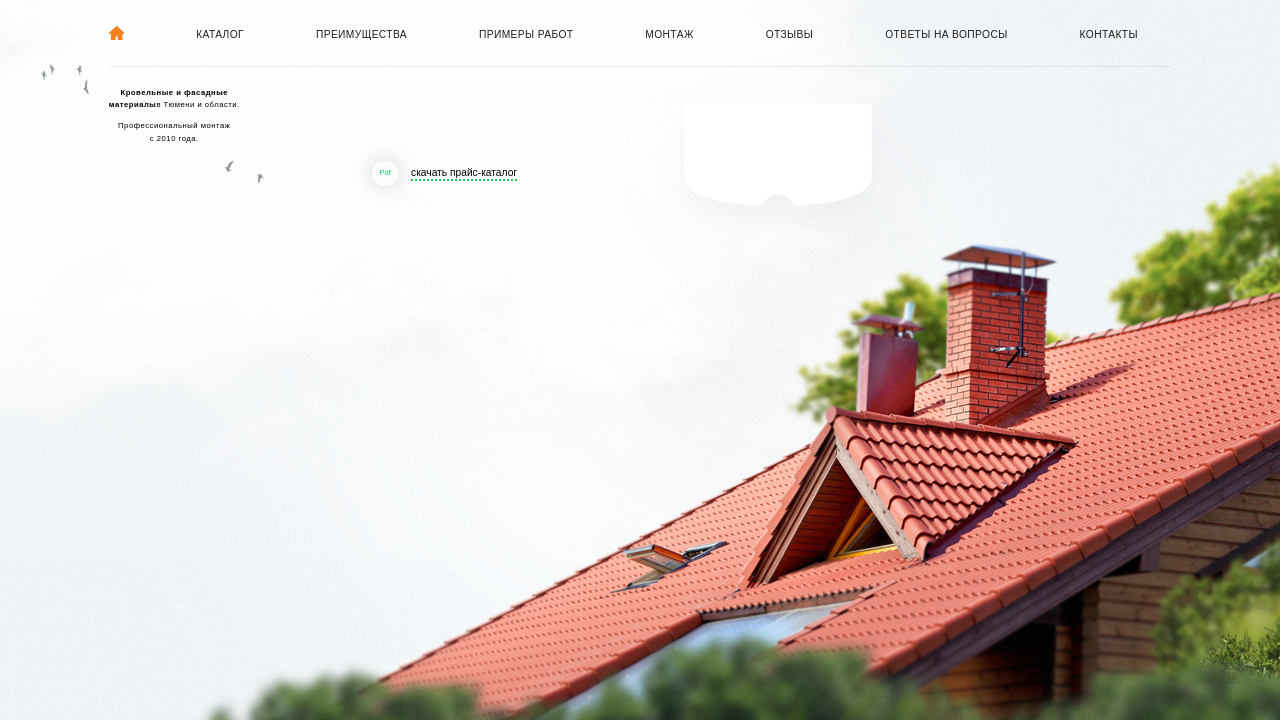
Repository: dima-hacker0/test_task_deyneka
Page: /
An editor plug-in stored every save of this project. The page is shown before and after the next save, followed by the edit.
The browser window is 1280 px wide. The pictures show the whole page.
The project was rebuilt for these pictures with package versions that can differ from the ones it lists, and the page was loaded fresh each time.

Above is the page before, as saved 2022-06-22 16:36:35.

### src/index.css
/*! normalize.css v8.0.1 | MIT License | github.com/necolas/normalize.css */

/* Document
   ========================================================================== */

/**
 * 1. Correct the line height in all browsers.
 * 2. Prevent adjustments of font size after orientation changes in iOS.
 */
* {
  margin: 0;
  padding: 0;
}

html {
  line-height: 1.15; /* 1 */
  -webkit-text-size-adjust: 100%; /* 2 */
}

/* Sections
   ========================================================================== */

/**
 * Remove the margin in all browsers.
 */

body {
  margin: 0;
  font-family: "Montserrat", sans-serif;
}

/**
 * Render the `main` element consistently in IE.
 */

main {
  display: block;
}

/**
 * Correct the font size and margin on `h1` elements within `section` and
 * `article` contexts in Chrome, Firefox, and Safari.
 */

h1 {
  font-size: 2em;
  margin: 0.67em 0;
}

/* Grouping content
   ========================================================================== */

/**
 * 1. Add the correct box sizing in Firefox.
 * 2. Show the overflow in Edge and IE.
 */

hr {
  box-sizing: content-box; /* 1 */
  height: 0; /* 1 */
  overflow: visible; /* 2 */
}

/**
 * 1. Correct the inheritance and scaling of font size in all browsers.
 * 2. Correct the odd `em` font sizing in all browsers.
 */

pre {
  font-family: monospace, monospace; /* 1 */
  font-size: 1em; /* 2 */
}

/* Text-level semantics
   ========================================================================== */

/**
 * Remove the gray background on active links in IE 10.
 */

a {
  background-color: transparent;
  text-decoration: none;
}

/**
 * 1. Remove the bottom border in Chrome 57-
 * 2. Add the correct text decoration in Chrome, Edge, IE, Opera, and Safari.
 */

abbr[title] {
  border-bottom: none; /* 1 */
  text-decoration: underline; /* 2 */
  text-decoration: underline dotted; /* 2 */
}

/**
 * Add the correct font weight in Chrome, Edge, and Safari.
 */

b,
strong {
  font-weight: bolder;
}

/**
 * 1. Correct the inheritance and scaling of font size in all browsers.
 * 2. Correct the odd `em` font sizing in all browsers.
 */

code,
kbd,
samp {
  font-family: monospace, monospace; /* 1 */
  font-size: 1em; /* 2 */
}

/**
 * Add the correct font size in all browsers.
 */

small {
  font-size: 80%;
}

/**
 * Prevent `sub` and `sup` elements from affecting the line height in
 * all browsers.
 */

sub,
sup {
  font-size: 75%;
  line-height: 0;
  position: relative;
  vertical-align: baseline;
}

sub {
  bottom: -0.25em;
}

sup {
  top: -0.5em;
}

/* Embedded content
   ========================================================================== */

/**
 * Remove the border on images inside links in IE 10.
 */

img {
  border-style: none;
}

/* Forms
   ========================================================================== */

/**
 * 1. Change the font styles in all browsers.
 * 2. Remove the margin in Firefox and Safari.
 */

button,
input,
optgroup,
select,
textarea {
  font-family: inherit; /* 1 */
  font-size: 100%; /* 1 */
  line-height: 1.15; /* 1 */
  margin: 0; /* 2 */
}

/**
 * Show the overflow in IE.
 * 1. Show the overflow in Edge.
 */

button,
input {
  /* 1 */
  overflow: visible;
}

/**
 * Remove the inheritance of text transform in Edge, Firefox, and IE.
 * 1. Remove the inheritance of text transform in Firefox.
 */

button,
select {
  /* 1 */
  text-transform: none;
}

/**
 * Correct the inability to style clickable types in iOS and Safari.
 */

button,
[type="button"],
[type="reset"],
[type="submit"] {
  -webkit-appearance: button;
}

/**
 * Remove the inner border and padding in Firefox.
 */

button::-moz-focus-inner,
[type="button"]::-moz-focus-inner,
[type="reset"]::-moz-focus-inner,
[type="submit"]::-moz-focus-inner {
  border-style: none;
  padding: 0;
}

/**
 * Restore the focus styles unset by the previous rule.
 */

button:-moz-focusring,
[type="button"]:-moz-focusring,
[type="reset"]:-moz-focusring,
[type="submit"]:-moz-focusring {
  outline: 1px dotted ButtonText;
}

/**
 * Correct the padding in Firefox.
 */

fieldset {
  padding: 0.35em 0.75em 0.625em;
}

/**
 * 1. Correct the text wrapping in Edge and IE.
 * 2. Correct the color inheritance from `fieldset` elements in IE.
 * 3. Remove the padding so developers are not caught out when they zero out
 *    `fieldset` elements in all browsers.
 */

legend {
  box-sizing: border-box; /* 1 */
  color: inherit; /* 2 */
  display: table; /* 1 */
  max-width: 100%; /* 1 */
  padding: 0; /* 3 */
  white-space: normal; /* 1 */
}

/**
 * Add the correct vertical alignment in Chrome, Firefox, and Opera.
 */

progress {
  vertical-align: baseline;
}

/**
 * Remove the default vertical scrollbar in IE 10+.
 */

textarea {
  overflow: auto;
}

/**
 * 1. Add the correct box sizing in IE 10.
 * 2. Remove the padding in IE 10.
 */

[type="checkbox"],
[type="radio"] {
  box-sizing: border-box; /* 1 */
  padding: 0; /* 2 */
}

/**
 * Correct the cursor style of increment and decrement buttons in Chrome.
 */

[type="number"]::-webkit-inner-spin-button,
[type="number"]::-webkit-outer-spin-button {
  height: auto;
}

/**
 * 1. Correct the odd appearance in Chrome and Safari.
 * 2. Correct the outline style in Safari.
 */

[type="search"] {
  -webkit-appearance: textfield; /* 1 */
  outline-offset: -2px; /* 2 */
}

/**
 * Remove the inner padding in Chrome and Safari on macOS.
 */

[type="search"]::-webkit-search-decoration {
  -webkit-appearance: none;
}

/**
 * 1. Correct the inability to style clickable types in iOS and Safari.
 * 2. Change font properties to `inherit` in Safari.
 */

::-webkit-file-upload-button {
  -webkit-appearance: button; /* 1 */
  font: inherit; /* 2 */
}

/* Interactive
   ========================================================================== */

/*
 * Add the correct display in Edge, IE 10+, and Firefox.
 */

details {
  display: block;
}

/*
 * Add the correct display in all browsers.
 */

summary {
  display: list-item;
}

/* Misc
   ========================================================================== */

/**
 * Add the correct display in IE 10+.
 */

template {
  display: none;
}

/**
 * Add the correct display in IE 10.
 */

[hidden] {
  display: none;
}

### src/App.jsx
import "./App.css";
import Header from "./components/header/header";
import MainPage from "./components/main_page/main_page";

function App() {
  return (
    <div className="App">
      <Header />
      <MainPage />
    </div>
  );
}

export default App;

### src/App.css
body {
  background-image: url(./images/BG.png);
  background-size: 100vw;
  background-repeat: no-repeat;
  min-height: 100vh;
}

### src/components/header/header.jsx
import Svg from "../../svg/svg";
import classes from "./header.module.css";

const Header = () => {
  return (
    <header className={classes.header}>
      <div className={classes.container}>
        <nav className={classes.navigation}>
          <a href="/">
            <Svg id="house" styles={classes.svg} />
          </a>
          <a href="/" className={classes.linkPage}>
            каталог
          </a>
          <a href="/" className={classes.linkPage}>
            преимущества
          </a>
          <a href="/" className={classes.linkPage}>
            примеры работ
          </a>
          <a href="/" className={classes.linkPage}>
            монтаж
          </a>
          <a href="/" className={classes.linkPage}>
            отзывы
          </a>
          <a href="/" className={classes.linkPage}>
            ответы на вопросы
          </a>
          <a href="/" className={classes.linkPage}>
            контакты
          </a>
        </nav>
      </div>
    </header>
  );
};

export default Header;

### src/components/main_page/main_page.jsx
import classes from "./main_page.module.css";
import TopPanel from "./top_panel/top_panel";

const MainPage = () => {
  return (
    <section className={classes.mainPage}>
      <div className={classes.container}>
        <TopPanel />
      </div>
    </section>
  );
};

export default MainPage;

### src/svg/svg.jsx
const Svg = ({ id, styles }) => {
  switch (id) {
    case "house":
      return (
        <svg
          className={styles}
          viewBox="0 0 23 22"
          fill="none"
          xmlns="http://www.w3.org/2000/svg"
        >
          <path
            d="M22.6129 9.77275L12.2944 0.311896C11.8406 -0.103965 11.1578 -0.103965 10.7041 0.311896L0.385564 9.77275C0.0216964 10.1073 -0.0951005 10.618 0.0800948 11.0791C0.25529 11.5402 0.691032 11.8385 1.18068 11.8385H2.82931V21.3174C2.82931 21.6926 3.13029 22 3.50763 22H9.1633C9.53615 22 9.84162 21.6971 9.84162 21.3174V15.5632H13.1658V21.3174C13.1658 21.6926 13.4668 22 13.8442 22H19.4953C19.8682 22 20.1736 21.6971 20.1736 21.3174V11.8385H21.8223C22.3119 11.8385 22.7432 11.5402 22.9229 11.0791C23.0936 10.618 22.9768 10.1073 22.6129 9.77275Z"
            fill="#F38120"
          />
        </svg>
      );
    case "form":
      return (
        <svg
          className={styles}
          viewBox="0 0 374 248"
          fill="none"
          xmlns="http://www.w3.org/2000/svg"
        >
          <g filter="url(#filter0_d_1820_633)">
            <path
              style={{ boxShadow: "0px 25px 50px rgba(0, 0, 0, 0.73)" }}
              d="M187 25H50V129.073C50 138.022 54.4674 146.474 61.913 151.446C84.4155 166.195 128.097 171.332 157.383 172.99C160.857 173.155 164.167 171.332 165.987 168.349C170.289 161.223 178.065 156.417 187 156.417C195.935 156.417 203.711 161.223 208.013 168.349C209.833 171.332 213.142 173.155 216.617 172.99C245.903 171.167 289.585 166.195 312.087 151.446C319.533 146.474 324 138.188 324 129.073V25H187Z"
              fill="white"
            />
          </g>
          <defs>
            <filter
              id="filter0_d_1820_633"
              x="0"
              y="0"
              width="374"
              height="248"
              filterUnits="userSpaceOnUse"
              color-interpolation-filters="sRGB"
            >
              <feFlood flood-opacity="0" result="BackgroundImageFix" />
              <feColorMatrix
                in="SourceAlpha"
                type="matrix"
                values="0 0 0 0 0 0 0 0 0 0 0 0 0 0 0 0 0 0 127 0"
                result="hardAlpha"
              />
              <feOffset dy="25" />
              <feGaussianBlur stdDeviation="25" />
              <feComposite in2="hardAlpha" operator="out" />
              <feColorMatrix
                type="matrix"
                values="0 0 0 0 0 0 0 0 0 0 0 0 0 0 0 0 0 0 0.03 0"
              />
              <feBlend
                mode="normal"
                in2="BackgroundImageFix"
                result="effect1_dropShadow_1820_633"
              />
              <feBlend
                mode="normal"
                in="SourceGraphic"
                in2="effect1_dropShadow_1820_633"
                result="shape"
              />
            </filter>
          </defs>
        </svg>
      );
    default:
      return <svg></svg>;
  }
};

export default Svg;

### src/components/header/header.module.css
.linkPage {
  text-transform: uppercase;
  font-weight: 500;
  color: #1c1c1c;
  font-size: 0.8vw;
  letter-spacing: 0.03vw;
  transition: 0.4s;
}
.navigation {
  display: flex;
  justify-content: space-between;
  align-items: center;
  max-width: 80.4vw;
  padding-top: 2vw;
  padding-bottom: 1.7vw;
}
.container {
  max-width: 83vw;
  margin: 0 auto;
  border-bottom: 1px solid rgba(0, 0, 0, 0.07);
}
.svg {
  width: 1.2vw;
}
.linkPage:after {
  display: block;
  content: "";
  height: 1px;
  width: 0%;
  background-color: #f38120;
  transition: width 0.4s ease-in-out;
}
.linkPage:hover:after,
.linkPage:focus:after {
  width: 100%;
}
.linkPage:hover {
  color: #f38120;
}

### src/components/main_page/main_page.module.css
.container {
  max-width: 83vw;
  margin: 0 auto;
}

### src/components/main_page/top_panel/top_panel.jsx
import Svg from "../../../svg/svg";
import DownloadCatalog from "./download_catalog/download_catalog";
import Materials from "./materials/materials";
import classes from "./top_panel.module.css";

const TopPanel = () => {
  return (
    <div className={classes.items}>
      <Materials />
      <DownloadCatalog />
      <div>
        <Svg id="form" styles={classes.logo} />
      </div>
      <div></div>
      <div></div>
    </div>
  );
};

export default TopPanel;

### src/components/main_page/top_panel/download_catalog/download_catalog.jsx
import classes from "./download_catalog.module.css";

const DownloadCatalog = () => {
  return (
    <div className={classes.block}>
      <div className={classes.circlePdf}>Pdf</div>
      <p className={classes.downloadСatalog}>скачать прайс-каталог</p>
    </div>
  );
};

export default DownloadCatalog;

### src/components/main_page/top_panel/materials/materials.jsx
import classes from "./materials.module.css";

const Materials = () => {
  return (
    <div className={classes.item}>
      <p className={classes.text}>
        <span className={classes.textMaterials}>
          Кровельные и фасадные <br /> материалы
        </span>
        в Тюмени и области.
      </p>
      <p className={classes.text}>
        Профессиональный монтаж <br /> с 2010 года.
      </p>
    </div>
  );
};

export default Materials;

### src/components/main_page/top_panel/top_panel.module.css
.items {
  padding-top: 1.5vw;
  display: flex;
  justify-content: space-between;
}
.logo {
  width: 20vw;
  -webkit-filter: drop-shadow(0px 25px 50px rgba(0, 0, 0, 0.03));
  filter: drop-shadow(0px 25px 50px rgba(0, 0, 0, 0.03));
}
/* box-shadow: 0px 25px 50px rgba(0, 0, 0, 0.03); */

### src/components/main_page/top_panel/download_catalog/download_catalog.module.css
.circlePdf {
  color: #12c868;
  font-size: 0.6vw;
  width: 2vw;
  height: 2vw;
  justify-content: center;
  align-items: center;
  display: flex;
  box-shadow: 0px 0px 25px rgb(0 0 0 / 18%);
  border-radius: 50%;
}
.downloadСatalog {
  font-size: 0.8vw;
  border-bottom: 2px dotted #12c868;
}
.block {
  display: flex;
  align-items: center;
  justify-content: space-between;
  width: 11.3vw;
  cursor: pointer;
}

### src/components/main_page/top_panel/materials/materials.module.css
.textMaterials {
  font-weight: 600;
}
.text {
  font-size: 0.6vw;
  letter-spacing: 0.04vw;
  text-align: center;
  line-height: 1vw;
}
.item .text:first-child {
  margin-bottom: 8px;
}

Loaded but not shown: public/index.html (common file); src/index.js (common file)

After the next save:
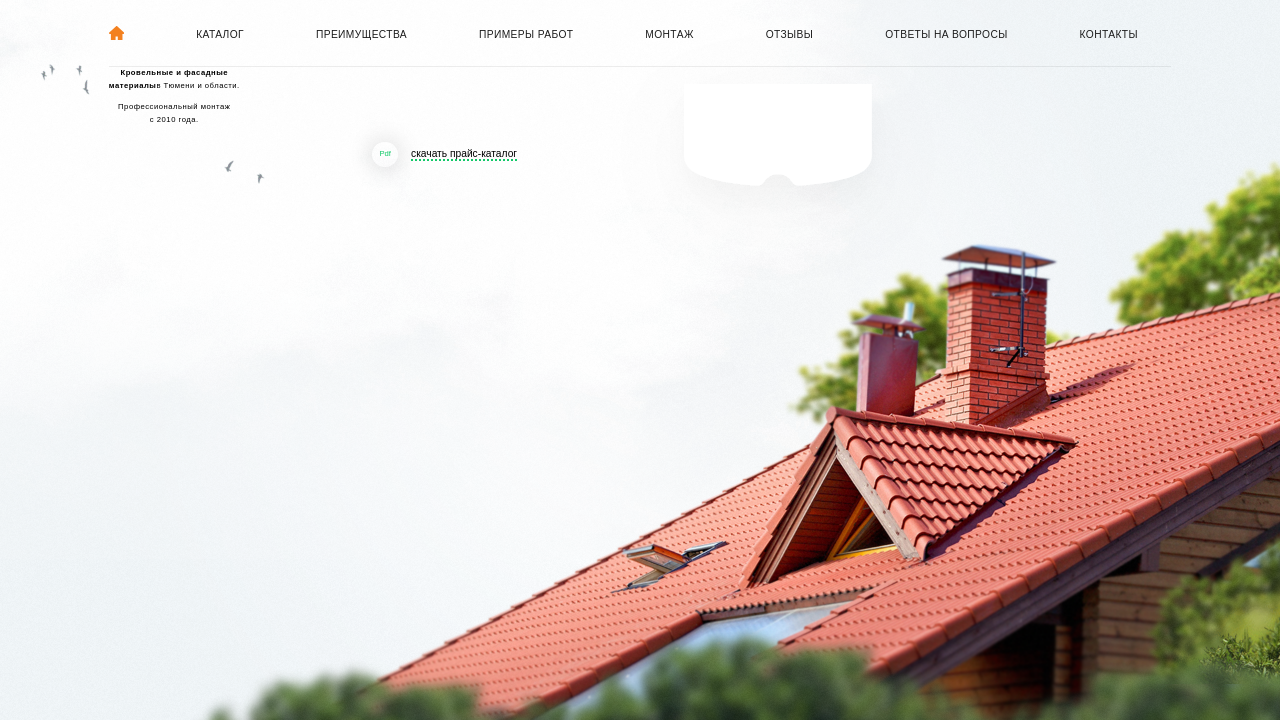
Saved 62 s later.
--- a/src/components/main_page/top_panel/top_panel.module.css
+++ b/src/components/main_page/top_panel/top_panel.module.css
@@ -1,5 +1,4 @@
 .items {
-  padding-top: 1.5vw;
   display: flex;
   justify-content: space-between;
 }
